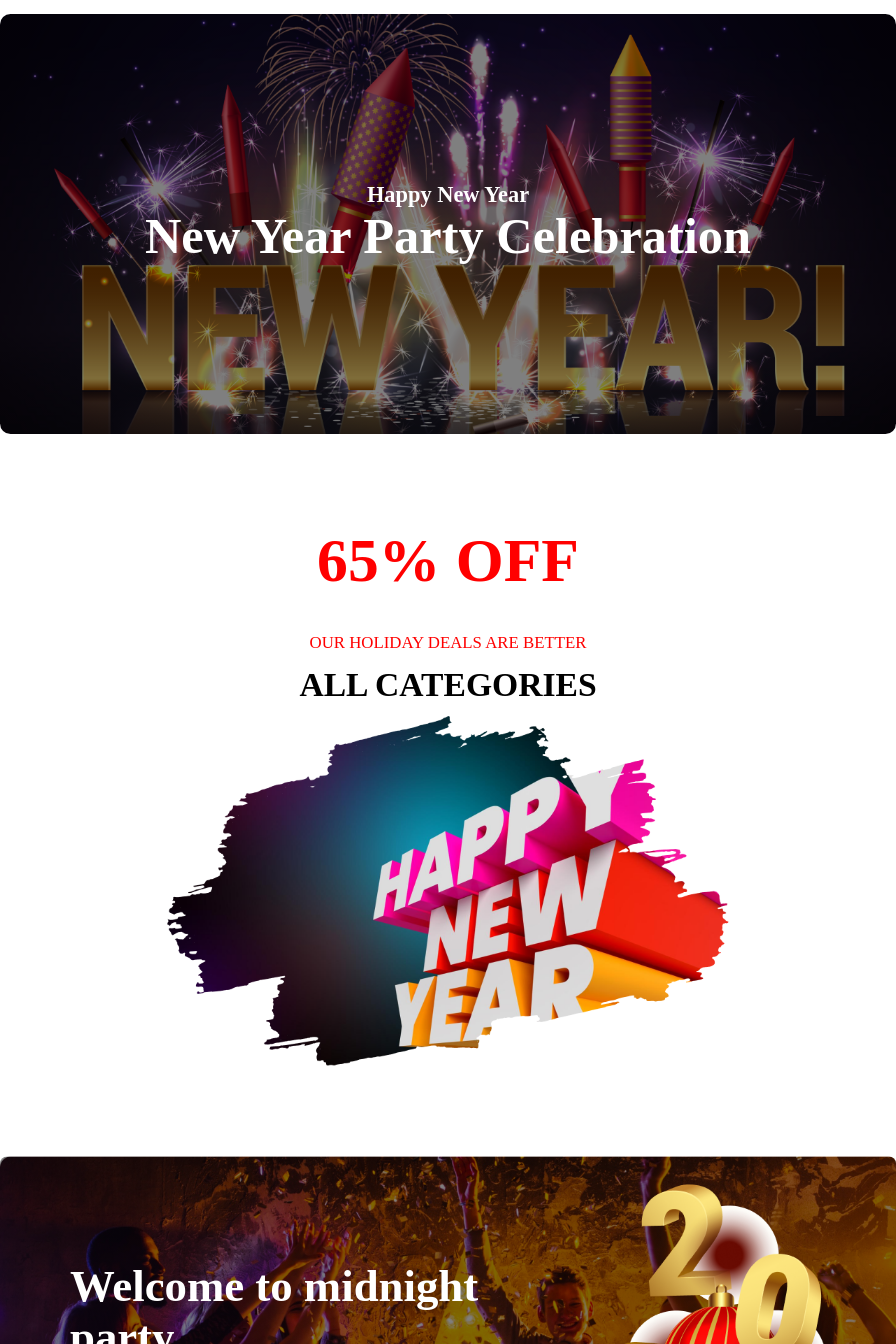
Repository: nahid-hasann/landing-page-1
Page: index.html
The author's editor kept a copy of each file at every save. The page is drawn from the files as they stood at one save, then again after the next save.
The browser window is 1280 px wide. The pictures show the part of the page from y = 0 to 1920 px (the page is 4452 px tall before and 4669 px after), at 70% of full size.
Some web libraries are served in a nearby version.

Above is the page before, as saved 2025-07-09 18:03:10.

After the next save:
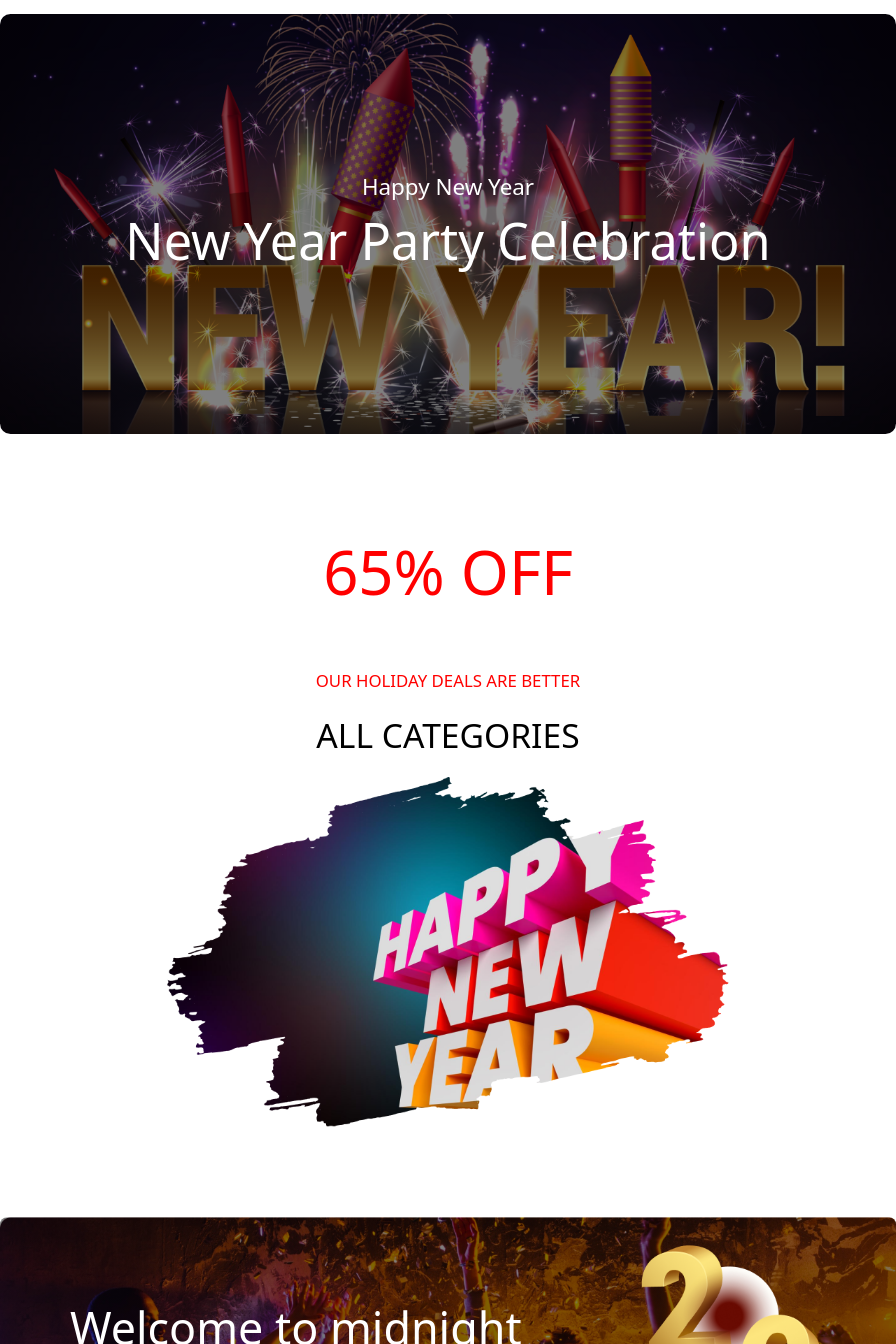
Saved 3 h 6 min later.
--- a/index.html
+++ b/index.html
@@ -5,6 +5,8 @@
     <meta name="viewport" content="width=device-width, initial-scale=10">
     <title>Document</title>
     <link rel="stylesheet" href="style.css">
+    <script src="https://cdn.tailwindcss.com"></script>
+
 </head>
 <body>
 
